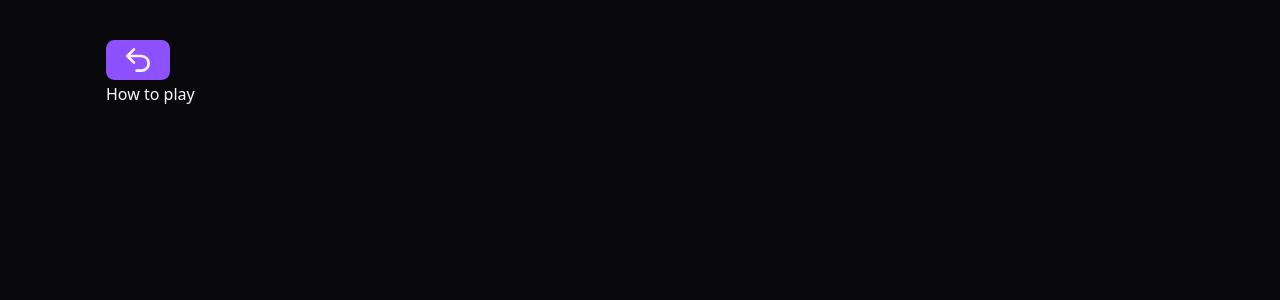
Repository: usmanov16/8-oy-6-dars
Page: /instruction
An editor plug-in stored every save of this project. The page is shown before and after the next save, followed by the edit.
The browser window is 1280 px wide. The pictures show the whole page.
The page's requests for data from a server got no answer. The project was rebuilt for these pictures with package versions that can differ from the ones it lists, and the page was loaded fresh each time. No one was signed in, and anything a server would have sent is missing. Also part of the build but not shown: vite.config.ts, src/pages/Home.tsx.

Above is the page before, as saved 2025-11-06 22:14:15.

### index.html
<!doctype html>
<html lang="en">
  <head>
    <meta charset="UTF-8" />
    <!-- <link rel="icon" type="image/svg+xml" href="/vite.svg" /> -->
    <meta name="viewport" content="width=device-width, initial-scale=1.0" />
    <title>6-dars</title>
  </head>
  <body class="dark">
    <div id="root"></div>
    <script type="module" src="/src/main.tsx"></script>
  </body>
</html>

### src/main.tsx
import { StrictMode } from 'react'
import { createRoot } from 'react-dom/client'
import './index.css'
import App from './App.tsx'
import MainContext from './context/MainContext.tsx'

createRoot(document.getElementById('root')!).render(

    <MainContext>
      <App/>
    </MainContext>


)

### src/index.css
@import "tailwindcss";
@import "tw-animate-css";

@custom-variant dark (&:is(.dark *));

@theme inline {
  --radius-sm: calc(var(--radius) - 4px);
  --radius-md: calc(var(--radius) - 2px);
  --radius-lg: var(--radius);
  --radius-xl: calc(var(--radius) + 4px);
  --color-background: var(--background);
  --color-foreground: var(--foreground);
  --color-card: var(--card);
  --color-card-foreground: var(--card-foreground);
  --color-popover: var(--popover);
  --color-popover-foreground: var(--popover-foreground);
  --color-primary: var(--primary);
  --color-primary-foreground: var(--primary-foreground);
  --color-secondary: var(--secondary);
  --color-secondary-foreground: var(--secondary-foreground);
  --color-muted: var(--muted);
  --color-muted-foreground: var(--muted-foreground);
  --color-accent: var(--accent);
  --color-accent-foreground: var(--accent-foreground);
  --color-destructive: var(--destructive);
  --color-border: var(--border);
  --color-input: var(--input);
  --color-ring: var(--ring);
  --color-chart-1: var(--chart-1);
  --color-chart-2: var(--chart-2);
  --color-chart-3: var(--chart-3);
  --color-chart-4: var(--chart-4);
  --color-chart-5: var(--chart-5);
  --color-sidebar: var(--sidebar);
  --color-sidebar-foreground: var(--sidebar-foreground);
  --color-sidebar-primary: var(--sidebar-primary);
  --color-sidebar-primary-foreground: var(--sidebar-primary-foreground);
  --color-sidebar-accent: var(--sidebar-accent);
  --color-sidebar-accent-foreground: var(--sidebar-accent-foreground);
  --color-sidebar-border: var(--sidebar-border);
  --color-sidebar-ring: var(--sidebar-ring);
}

:root {
  --radius: 0.65rem;
  --background: oklch(1 0 0);
  --foreground: oklch(0.141 0.005 285.823);
  --card: oklch(1 0 0);
  --card-foreground: oklch(0.141 0.005 285.823);
  --popover: oklch(1 0 0);
  --popover-foreground: oklch(0.141 0.005 285.823);
  --primary: oklch(0.541 0.281 293.009);
  --primary-foreground: oklch(0.969 0.016 293.756);
  --secondary: oklch(0.967 0.001 286.375);
  --secondary-foreground: oklch(0.21 0.006 285.885);
  --muted: oklch(0.967 0.001 286.375);
  --muted-foreground: oklch(0.552 0.016 285.938);
  --accent: oklch(0.967 0.001 286.375);
  --accent-foreground: oklch(0.21 0.006 285.885);
  --destructive: oklch(0.577 0.245 27.325);
  --border: oklch(0.92 0.004 286.32);
  --input: oklch(0.92 0.004 286.32);
  --ring: oklch(0.702 0.183 293.541);
  --chart-1: oklch(0.811 0.111 293.571);
  --chart-2: oklch(0.606 0.25 292.717);
  --chart-3: oklch(0.541 0.281 293.009);
  --chart-4: oklch(0.491 0.27 292.581);
  --chart-5: oklch(0.432 0.232 292.759);
  --sidebar: oklch(0.985 0 0);
  --sidebar-foreground: oklch(0.141 0.005 285.823);
  --sidebar-primary: oklch(0.541 0.281 293.009);
  --sidebar-primary-foreground: oklch(0.969 0.016 293.756);
  --sidebar-accent: oklch(0.967 0.001 286.375);
  --sidebar-accent-foreground: oklch(0.21 0.006 285.885);
  --sidebar-border: oklch(0.92 0.004 286.32);
  --sidebar-ring: oklch(0.702 0.183 293.541);
}

.dark {
  --background: oklch(0.141 0.005 285.823);
  --foreground: oklch(0.985 0 0);
  --card: oklch(0.21 0.006 285.885);
  --card-foreground: oklch(0.985 0 0);
  --popover: oklch(0.21 0.006 285.885);
  --popover-foreground: oklch(0.985 0 0);
  --primary: oklch(0.606 0.25 292.717);
  --primary-foreground: oklch(0.969 0.016 293.756);
  --secondary: oklch(0.274 0.006 286.033);
  --secondary-foreground: oklch(0.985 0 0);
  --muted: oklch(0.274 0.006 286.033);
  --muted-foreground: oklch(0.705 0.015 286.067);
  --accent: oklch(0.274 0.006 286.033);
  --accent-foreground: oklch(0.985 0 0);
  --destructive: oklch(0.704 0.191 22.216);
  --border: oklch(1 0 0 / 10%);
  --input: oklch(1 0 0 / 15%);
  --ring: oklch(0.38 0.189 293.745);
  --chart-1: oklch(0.811 0.111 293.571);
  --chart-2: oklch(0.606 0.25 292.717);
  --chart-3: oklch(0.541 0.281 293.009);
  --chart-4: oklch(0.491 0.27 292.581);
  --chart-5: oklch(0.432 0.232 292.759);
  --sidebar: oklch(0.21 0.006 285.885);
  --sidebar-foreground: oklch(0.985 0 0);
  --sidebar-primary: oklch(0.606 0.25 292.717);
  --sidebar-primary-foreground: oklch(0.969 0.016 293.756);
  --sidebar-accent: oklch(0.274 0.006 286.033);
  --sidebar-accent-foreground: oklch(0.985 0 0);
  --sidebar-border: oklch(1 0 0 / 10%);
  --sidebar-ring: oklch(0.38 0.189 293.745);
}


@layer base {
  * {
    @apply border-border outline-ring/50;
  }
  body {
    @apply bg-background text-foreground;
  }
}

@layer utilities {
  .container {
    @apply w-full max-w-[1100px] mx-auto px-4;
  }
}

### src/App.tsx
import Router  from "./routes/Router";
import useFetch from "./hooks/useFetch"

interface Product {
  [key: string]: string | number | boolean
  body:string;
  categories: string;
  id: number;
  date: string;
  title: string;

}

function App() {


  return <Router />
}

export default App

### src/context/MainContext.tsx
import { createContext, useContext, useReducer, type ReactNode } from "react";
 const mainContextProvider = createContext<{
  state: State;
  dispatch: React.Dispatch<Action>;
} | null>(null);

interface State {
  theme: "light" | "dark";
}

interface Action {
  type: string;
  payload?: string;
}

const initialState: State = {
  theme: "light",
};

function reducer(state: State, action: Action): State {
  switch (action.type) {
    case "ChangeTheme":
      return { ...state, theme: state.theme === "light" ? "dark" : "light" };
    default:
      return { ...state };
  }
}

function MainContext({ children }: { children: ReactNode }) {
  const [state, dispatch] = useReducer(reducer, initialState);

  return (
    <mainContextProvider.Provider value={{ state, dispatch }}>
      {children}
    </mainContextProvider.Provider>
  );
}

export default MainContext;

export function useMainContext() {
    const context = useContext(mainContextProvider)
    if(!context) {
        throw new Error("Xatolik!")
    }

    return context
}

### src/routes/Router.tsx

import Home from "@/pages/Home"
import Document from "@/pages/Document"
import { createBrowserRouter, RouterProvider } from "react-router-dom"


function Router() {
    const router = createBrowserRouter([
        {
            path: "/",
            element: <Home/>
        },
        {
            path: "/instruction",
            element: <Document/>
        }
    ])
    return (
        <RouterProvider router={router}>
        </RouterProvider>
    )
}

export default Router

### src/pages/Document.tsx
import useFetch from "@/hooks/useFetch"
import { type FetchType } from "@/model/model"
import Loading from "@/components/Loading"
import { Button } from "@/components/ui/button"
import { Undo2 } from "lucide-react"

interface Data {
  id: number
  title: string
  text: string
}

function Document() {

  const { data, loading } = useFetch<FetchType<Data>>("documentation")


  console.log("loading:", loading)

  if (loading) {
    return <Loading />
  }

  return (
    <div className="py-10">
        <div className="container mb-10">
            <Button >
            <Undo2 />
            </Button>
            <h2>How to play</h2>
        </div>
      <div className="container grid grid-cols-1 gap-6 lg:grid-cols-3">
        {data &&
          data.data.map((obj) => (
            <div className="border border-gray-400 rounded-sm px-4 py-8"  key={obj.id}>
              <h2 className="text-xl font-bold mb-4 ">{obj.title}</h2>
              <p>{obj.text}</p>
            </div>
          ))}
      </div>
    </div>
  )
}

export default Document

### src/components/ui/button.tsx
import * as React from "react"
import { Slot } from "@radix-ui/react-slot"
import { cva, type VariantProps } from "class-variance-authority"

import { cn } from "@/lib/utils"

const buttonVariants = cva(
  "inline-flex items-center justify-center gap-2 whitespace-nowrap rounded-md text-sm font-medium transition-all disabled:pointer-events-none disabled:opacity-50 [&_svg]:pointer-events-none [&_svg:not([class*='size-'])]:size-8 shrink-0 [&_svg]:shrink-0 outline-none focus-visible:border-ring focus-visible:ring-ring/50 focus-visible:ring-[3px] aria-invalid:ring-destructive/20 dark:aria-invalid:ring-destructive/40 aria-invalid:border-destructive",
  {
    variants: {
      variant: {
        default: "bg-primary text-primary-foreground hover:bg-primary/90",
        destructive:
          "bg-destructive text-white hover:bg-destructive/90 focus-visible:ring-destructive/20 dark:focus-visible:ring-destructive/40 dark:bg-destructive/60",
        outline:
          "border bg-background shadow-xs hover:bg-accent hover:text-accent-foreground dark:bg-input/30 dark:border-input dark:hover:bg-input/50",
        secondary:
          "bg-secondary text-secondary-foreground hover:bg-secondary/80",
        ghost:
          "hover:bg-accent hover:text-accent-foreground dark:hover:bg-accent/50",
        link: "text-primary underline-offset-4 hover:underline",
      },
      size: {
        default: "h-9 px-4 py-2 has-[>svg]:px-3",
        sm: "h-8 rounded-md gap-1.5 px-3 has-[>svg]:px-2.5",
        lg: "h-10 rounded-md px-6 has-[>svg]:px-4",
        xlg: "h-15 rounded-md px-8 has-[>svg]:px-6",
        icon: "size-9",
        "icon-sm": "size-8",
        "icon-lg": "size-10",
      },
    },
    defaultVariants: {
      variant: "default",
      size: "lg",
    },
  }
)

function Button({
  className,
  variant,
  size,
  asChild = false,
  ...props
}: React.ComponentProps<"button"> &
  VariantProps<typeof buttonVariants> & {
    asChild?: boolean
  }) {
  const Comp = asChild ? Slot : "button"

  return (
    <Comp
      data-slot="button"
      className={cn(buttonVariants({ variant, size, className }))}
      {...props}
    />
  )
}

export { Button, buttonVariants }

### src/hooks/useFetch.ts
import { BaseUrl } from "@/api/url";
import { useEffect, useState } from "react";

type Param = "documentation" | "questions" | "categories";

function useFetch<T>(param: Param) {
  const [data, setData] = useState<T | null>(null);
  const [error, setError] = useState<string | null>(null);
  const [loading, setLoading] = useState<boolean>(true);

  async function fetchData() {
    setLoading(true);
    try {
      const response = await fetch(BaseUrl + param);
      if (!response.ok) {
        throw new Error("Xatolik");
      }
      const data = await response.json();
      setData(data);
    } catch (error: any) {
      setError(error.message);
    } finally {
      setLoading(false);
    }
  }

  useEffect(() => {
    fetchData();
  }, [param]);

  return { data, error, loading };
}

export default useFetch;

### src/components/Loading.tsx
import { PropagateLoader } from "react-spinners";

function Loading() {
  return (
    <div className="fixed inset-0 flex items-center justify-center bg-black/70 z-[9999]">
      <PropagateLoader color="#00ffcc" size={15} />
    </div>
  );
}

export default Loading;

### src/api/url.ts

    export const BaseUrl = "https://json-api.uz/api/project/zakovat/"

Loaded but not shown: src/lib/utils.ts (common file)

After the next save:
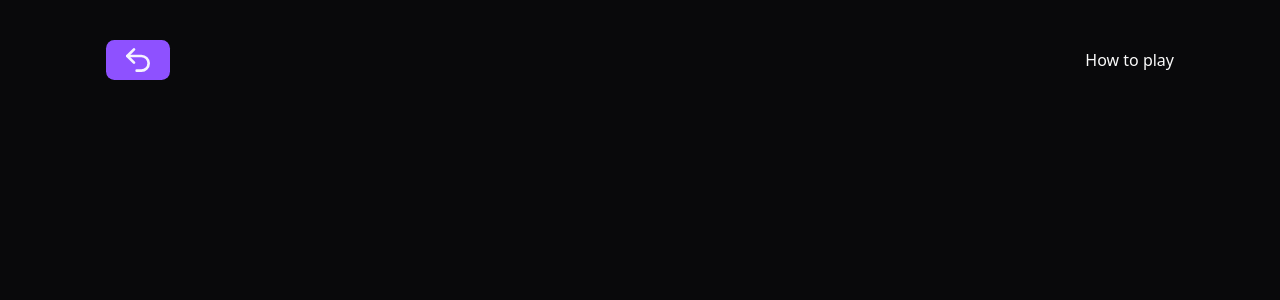
Saved 10 s later.
--- a/src/pages/Document.tsx
+++ b/src/pages/Document.tsx
@@ -23,7 +23,7 @@ function Document() {
 
   return (
     <div className="py-10">
-        <div className="container mb-10">
+        <div className="container mb-10 flex items-center justify-between">
             <Button >
             <Undo2 />
             </Button>
